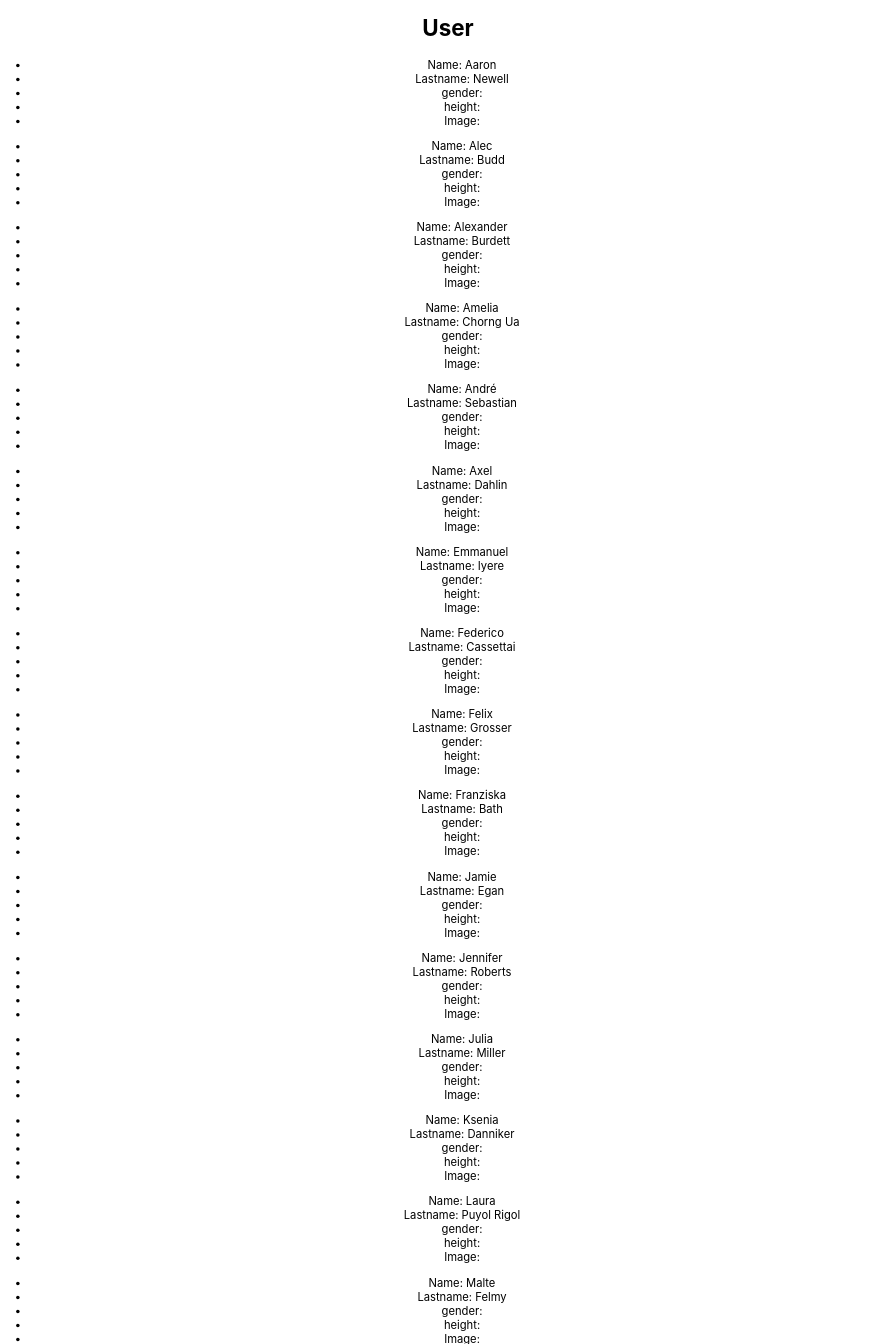
Repository: konstantin0s/iron-exercises
Page: /
The author's editor kept a copy of each file at every save. The page is drawn from the files as they stood at one save, then again after the next save.
The browser window is 1280 px wide. The pictures show the part of the page from y = 0 to 1920 px (the page is 3330 px tall before and 2770 px after), at 70% of full size.
The project was rebuilt for these pictures with package versions that can differ from the ones it lists, and the page was loaded fresh each time.

Above is the page before, as saved 2019-03-11 15:44:24.

After the next save:
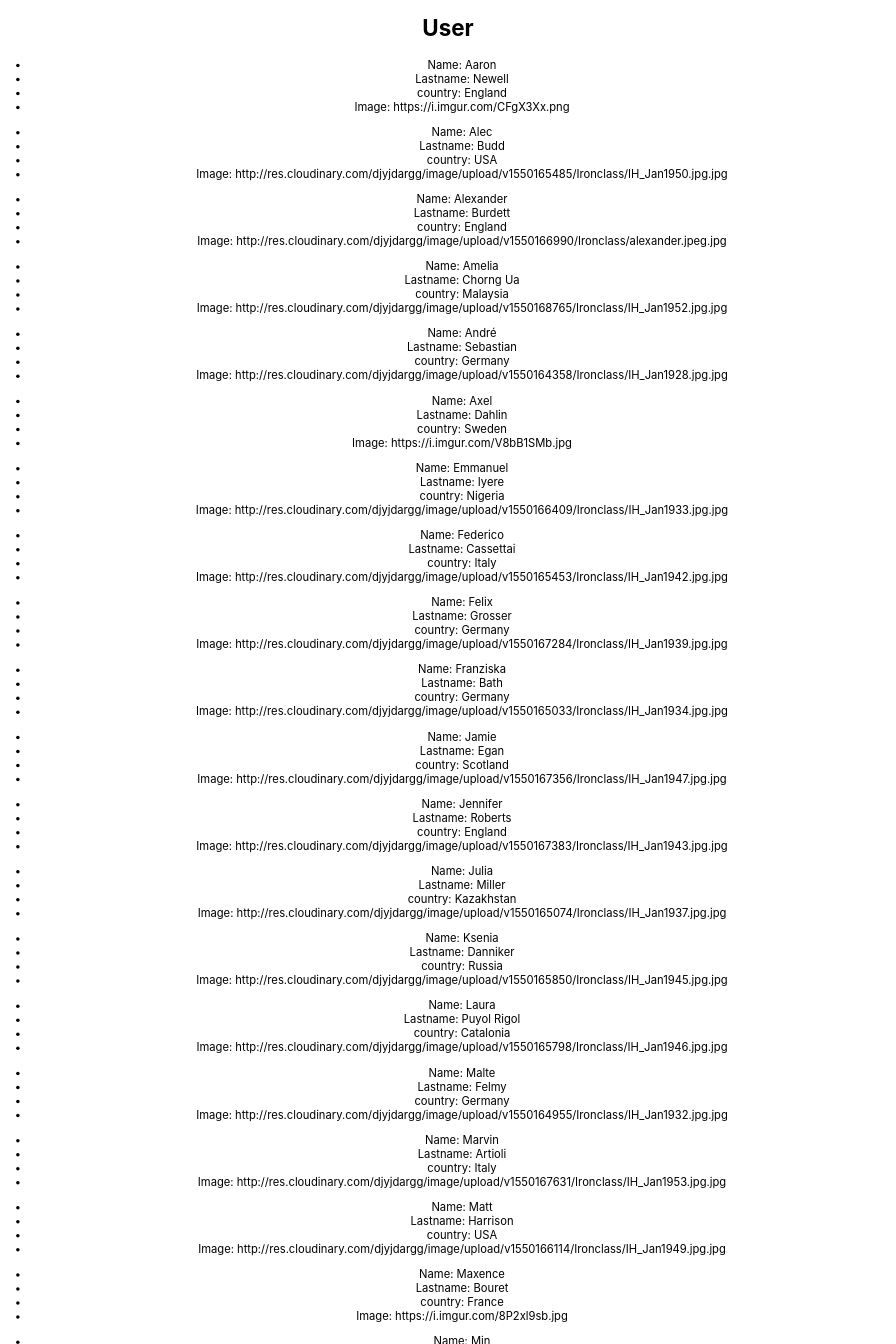
Saved 29 s later.
--- a/src/User.js
+++ b/src/User.js
@@ -8,9 +8,8 @@ class User extends React.Component {
       <ul>
       <li>Name: {this.props.firstName}</li>
       <li>Lastname: {this.props.lastName}</li>
-      <li>gender: {this.props.gender}</li>
-      <li>height: {this.props.height}</li>
-       <li>Image: {this.props.picture}</li>
+      <li>country: {this.props.country}</li>
+       <li>Image: {this.props.img}</li>
        </ul>
       </div>
     )
